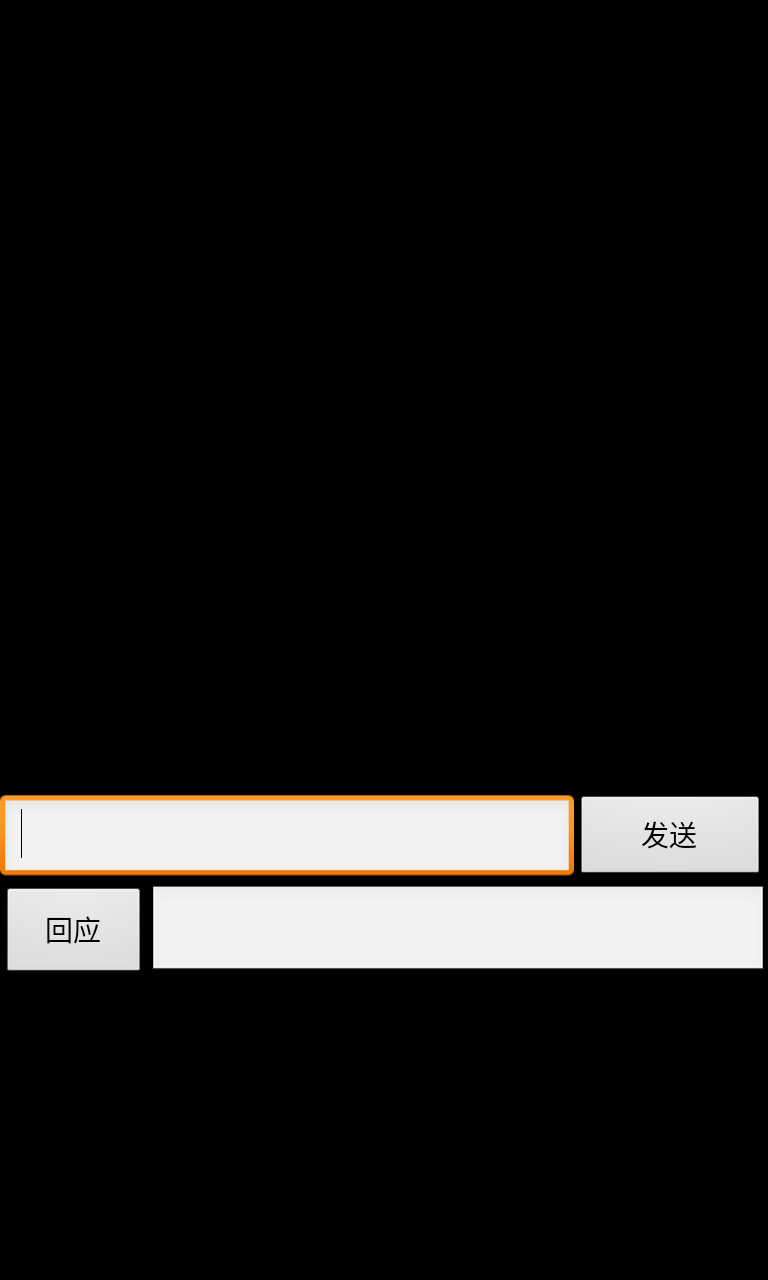
Repository: wobutianl/suntec_telli
Layout: ShowList/res/layout/main.xml
An editor plug-in stored every save of this project. The layout is shown before and after the next save, followed by the edit.
It is drawn on a 768 x 1280 px phone screen (xhdpi) without system bars, with theme android:Theme; the app's code is not run. Lists and similar views that code fills are empty.

Above is the layout before, as saved 2014-09-09 03:05:53.

After the next save:
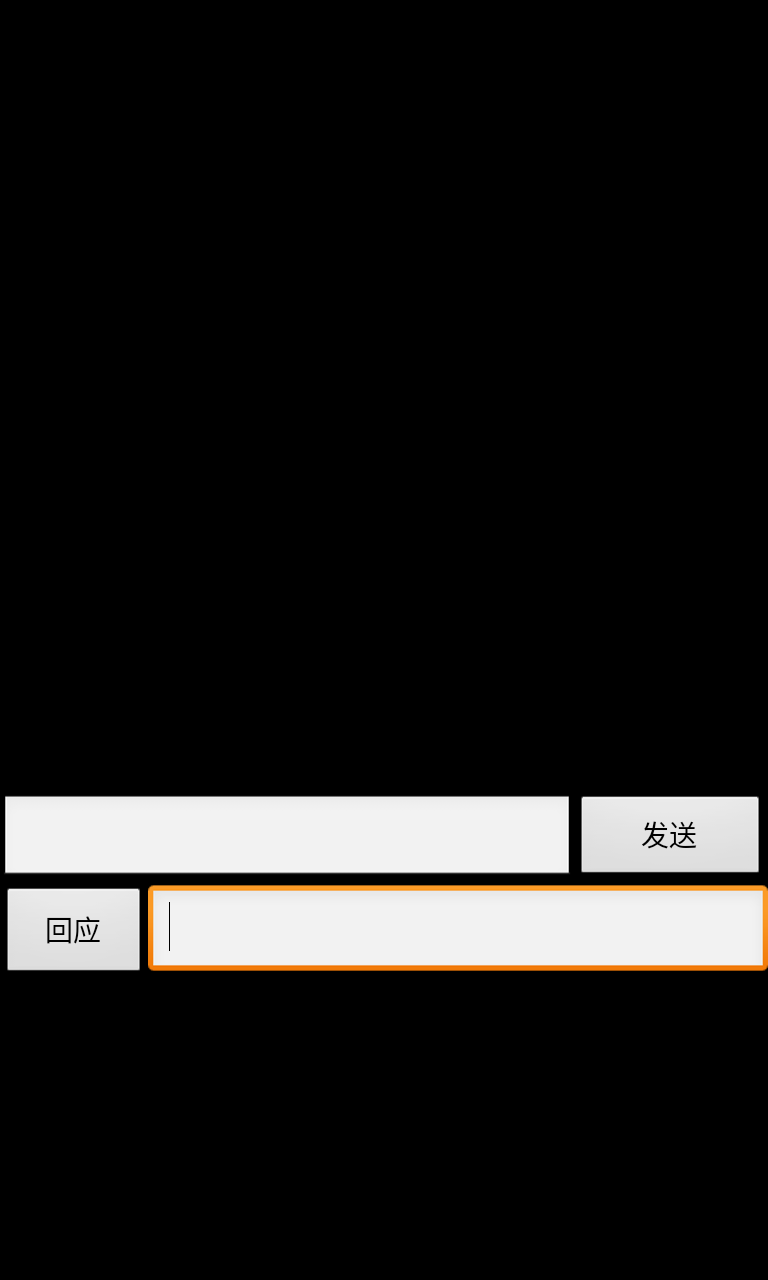
Saved 31 s later.
--- a/ShowList/res/layout/main.xml
+++ b/ShowList/res/layout/main.xml
@@ -55,6 +55,8 @@
 			android:layout_height="wrap_content"
 			android:layout_width="wrap_content"
 			android:id="@+id/resText"
-			android:layout_weight="0.95"></EditText>
+			android:layout_weight="0.95">
+			<requestFocus></requestFocus>
+			</EditText>
 	</LinearLayout>
 </LinearLayout>
